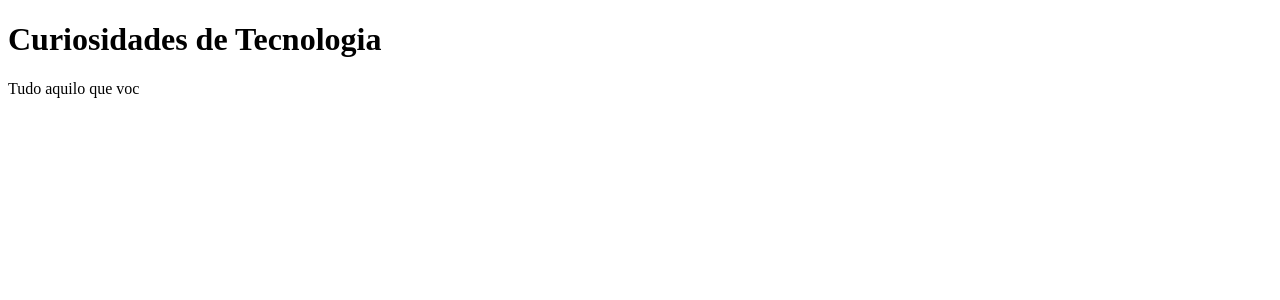
Repository: ClaytonEduard/cursoemvideo
Page: html-css/desafios/d010/android.html
The author's editor kept a copy of each file at every save. The page is drawn from the files as they stood at one save, then again after a run of saves.
The browser window is 1280 px wide. The pictures show the whole page.

Above is the page before, as saved 2022-12-02 08:54:51.

After the next 3 saves:
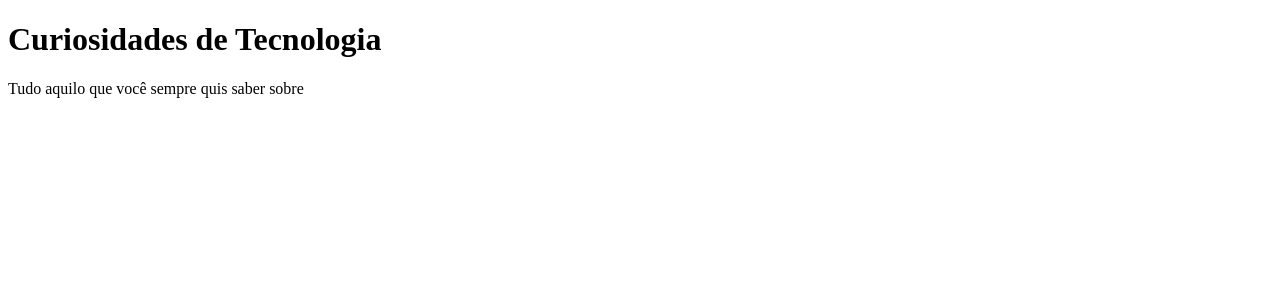
The 3 saves are shown as one change because they came seconds apart.
The last was saved 10 s later.
--- a/html-css/desafios/d010/android.html
+++ b/html-css/desafios/d010/android.html
@@ -9,7 +9,7 @@
 <body>
     <header>
         <h1>Curiosidades de Tecnologia</h1>
-        <p>Tudo aquilo que voc</p>
+        <p>Tudo aquilo que você sempre quis saber sobre </p>
     </header>
 </body>
 </html>
